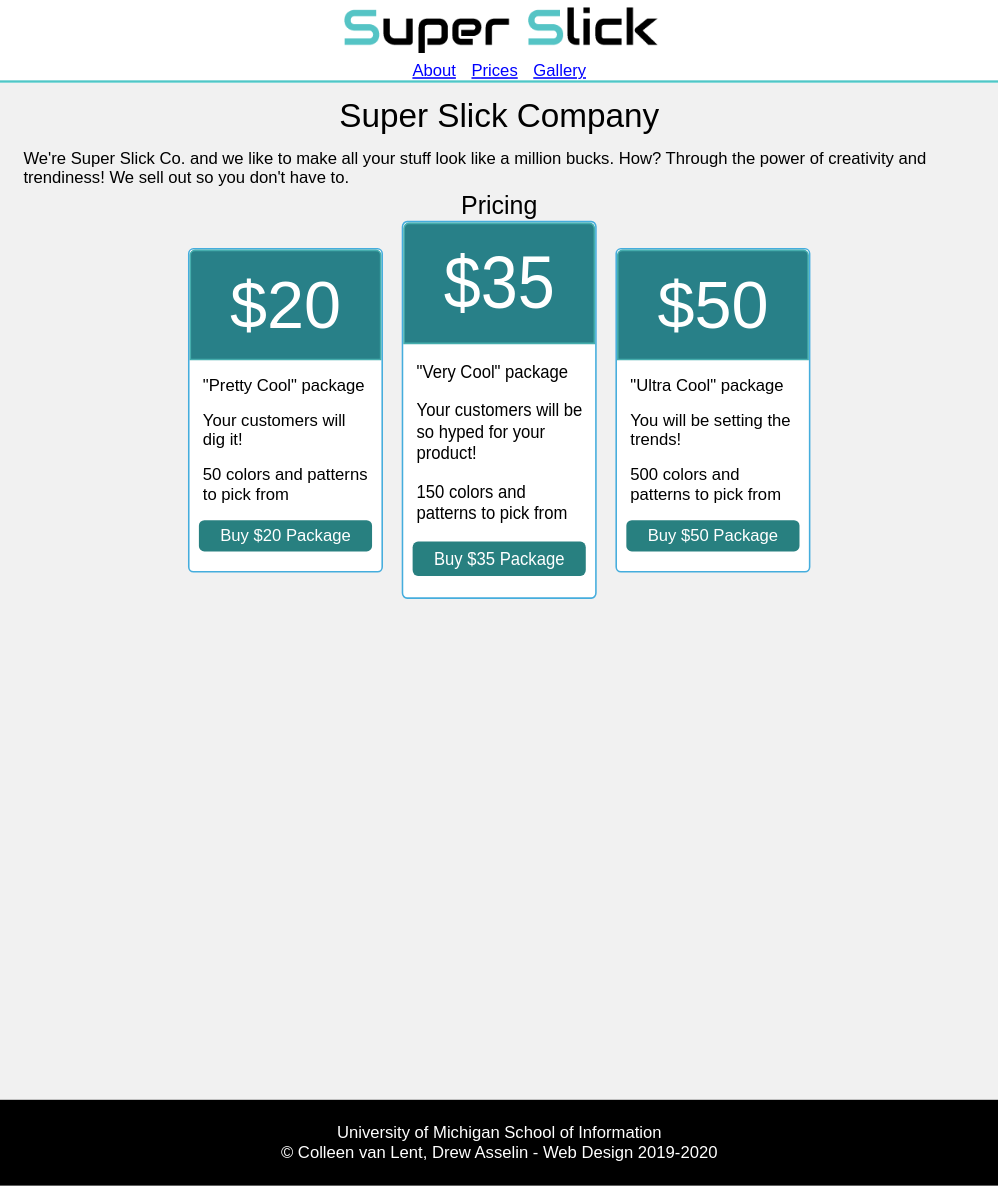
Repository: jiaqili0803/SI_539
Page: hw6-2021-main/homework.html
These files come from the project's save history. The page is drawn as it stood at one moment and after the next save; the edit follows.
The browser window is 1280 px wide. The pictures show the whole page, at 78% of full size.
Some web fonts or font styles are not loaded; a fallback is used.

Above is the page before, as saved 2021-10-29 13:45:15.

### hw6-2021-main/homework.html
<!DOCTYPE html>
<html lang="en">
  <head>
    <meta charset="utf-8">
    <meta name="viewport" content="width=device-width, initial-scale=1.0">
    <link rel="stylesheet" type="text/css" href="css/html5reset.css">
    <link rel="stylesheet" type="text/css" href="css/starter.css">
    <link rel="stylesheet" type="text/css" href="css/style.css">
    <link href='https://fonts.googleapis.com/css?family=Alegreya Sans SC' rel='stylesheet'>
    <link rel="shortcut icon" href="images/logo_icon.png" type="image/png">

   <title>Super Slick Company</title>
  </head>
  <body>
    <a class = "skip" href='#about'>Skip to Main Content</a>
    <header>
      <img src="images/logo.png" alt="" id = "logo">
      <nav>
        <ul class="nav_links">
          <li class="nav_item"><a href="#about">About</a></li>
          <li class="nav_item"><a href="#pricing">Prices</a></li>
          <li class="nav_item"><a href="#gallery">Gallery</a></li>
        </ul>
      </nav>
    </header>
  <main class="about" id="skip">
    <h1>Super Slick Company</h1>

    <p>We're Super Slick Co. and we like to make all your stuff look like a million bucks. How? Through the power of creativity and trendiness! We sell out so you don't have to.</p>

    <h2 id = "pricing">Pricing</h2>
      <div class="pricing">
        <div class="card">
          <header><h3>$20</h3></header>
          <ul>
            <li>"Pretty Cool" package</li>
            <li>Your customers will dig it!</li>
            <li>50 colors and patterns to pick from</li>
          </ul>
          <button>Buy $20 Package</button>
        </div>
        <div class="card card_big">
          <header><h3>$35</h3></header>
          <ul>
            <li>"Very Cool" package</li>
            <li>Your customers will be so hyped for your product!</li>
            <li>150 colors and patterns to pick from</li>
          </ul>
          <button>Buy $35 Package</button>
        </div>
        <div class="card">
          <header><h3>$50</h3></header>
          <ul>
            <li>"Ultra Cool" package</li>
            <li>You will be setting the trends!</li>
            <li>500 colors and patterns to pick from</li>
          </ul>
          <button>Buy $50 Package</button>
        </div>
      </div>

      <h2 id = "gallery">Gallery</h2>
        <div class="gallery">
          <img id="image1" src="images/sample.jpg" alt="" />
          <img id="image2" src="images/sample.jpg" alt="" />
          <img id="image3" src="images/sample.jpg" alt="" />
          <img id="image4" src="images/sample.jpg" alt="" />
          <img id="image5" src="images/sample.jpg" alt="" />
        </div>
    </main>

    <footer>
      <p>University of Michigan School of Information <br/>
        &copy; Colleen van Lent, Drew Asselin - Web Design 2019-2020</p>
    </footer>
  </body>
</html>

### hw6-2021-main/css/html5reset.css
/*
    HTML5 Reset :: style.css
    ----------------------------------------------------------
    We have learned much from/been inspired by/taken code where offered from:
    Eric Meyer                  :: http://meyerweb.com
    HTML5 Doctor                :: http://html5doctor.com
    and the HTML5 Boilerplate   :: http://html5boilerplate.com
-------------------------------------------------------------------------------*/

/* Let's default this puppy out
-------------------------------------------------------------------------------*/

html, body, body div, span, object, iframe, h1, h2, h3, h4, h5, h6, p, blockquote, pre, abbr, address, cite, code, del, dfn, em, img, ins, kbd, q, samp, small, strong, sub, sup, var, b, i, dl, dt, dd, ol, ul, li, fieldset, form, label, legend, table, caption, tbody, tfoot, thead, tr, th, td, article, aside, figure, footer, header, menu, nav, section, time, mark, audio, video, details, summary {
    margin: 0;
    padding: 0;
    border: 0;
    font-size: 100%;
    font-weight: normal;
    vertical-align: baseline;
    background: transparent;
}

main, article, aside, figure, footer, header, nav, section, details, summary {display: block;}

/* Handle box-sizing while better addressing child elements:
   http://css-tricks.com/inheriting-box-sizing-probably-slightly-better-best-practice/ */
html {
    box-sizing: border-box;
}

*,
*:before,
*:after {
    box-sizing: inherit;
}

/* consider resetting the default cursor: https://gist.github.com/murtaugh/5247154 */

/* Responsive images and other embedded objects */
/* if you don't have full control over `img` tags (if you have to overcome attributes), consider adding height: auto */
img,
object,
embed {max-width: 100%;}

/*
   Note: keeping IMG here will cause problems if you're using foreground images as sprites.
    In fact, it *will* cause problems with Google Maps' controls at small size.
    If this is the case for you, try uncommenting the following:
#map img {
        max-width: none;
}
*/

/* force a vertical scrollbar to prevent a jumpy page */
html {overflow-y: scroll;}

/* we use a lot of ULs that aren't bulleted.
    you'll have to restore the bullets within content,
    which is fine because they're probably customized anyway */
ul {list-style: none;}

blockquote, q {quotes: none;}

blockquote:before,
blockquote:after,
q:before,
q:after {content: ''; content: none;}

a {margin: 0; padding: 0; font-size: 100%; vertical-align: baseline; background: transparent;}

del {text-decoration: line-through;}

abbr[title], dfn[title] {border-bottom: 1px dotted #000; cursor: help;}

/* tables still need cellspacing="0" in the markup */
table {border-collapse: separate; border-spacing: 0;}
th {font-weight: bold; vertical-align: bottom;}
td {font-weight: normal; vertical-align: top;}

hr {display: block; height: 1px; border: 0; border-top: 1px solid #ccc; margin: 1em 0; padding: 0;}

input, select {vertical-align: middle;}

pre {
    white-space: pre; /* CSS2 */
    white-space: pre-wrap; /* CSS 2.1 */
    white-space: pre-line; /* CSS 3 (and 2.1 as well, actually) */
    word-wrap: break-word; /* IE */
}

input[type="radio"] {vertical-align: text-bottom;}
input[type="checkbox"] {vertical-align: bottom;}
.ie7 input[type="checkbox"] {vertical-align: baseline;}
.ie6 input {vertical-align: text-bottom;}

select, input, textarea {font: 99% sans-serif;}

table {font-size: inherit; font: 100%;}

small {font-size: 85%;}

strong {font-weight: bold;}

td, td img {vertical-align: top;}

/* Make sure sup and sub don't mess with your line-heights http://gist.github.com/413930 */
sub, sup {font-size: 75%; line-height: 0; position: relative;}
sup {top: -0.5em;}
sub {bottom: -0.25em;}

/* standardize any monospaced elements */
pre, code, kbd, samp {font-family: monospace, sans-serif;}

/* hand cursor on clickable elements */
.clickable,
label,
input[type=button],
input[type=submit],
input[type=file],
button {cursor: pointer;}

/* Webkit browsers add a 2px margin outside the chrome of form elements */
button, input, select, textarea {margin: 0;}

/* make buttons play nice in IE */
button,
input[type=button] {width: auto; overflow: visible;}

/* scale images in IE7 more attractively */
.ie7 img {-ms-interpolation-mode: bicubic;}

/* prevent BG image flicker upon hover
   (commented out as usage is rare, and the filter syntax messes with some pre-processors)
.ie6 html {filter: expression(document.execCommand("BackgroundImageCache", false, true));}
*/

/* let's clear some floats */
.clearfix:after { content: " "; display: block; clear: both; }

### hw6-2021-main/css/starter.css
body{
    margin: 0;
    padding: 0;
    font-size: 16pt; /* test for this! Make all sizes em or rem */
  }

  header{
    background: #fff;
    border-bottom: 3px solid #50C7C7;
  }

  h1{
    font-size: 2em;
    text-align: center;
    line-height: 2;
  }

  h2{
    font-size: 1.5em;
    text-align: center;
    padding: 5px;
  }

  p {
    padding: 0 30px;
  }

  a.skip{
    background: white;
    left: 0;
    padding: 6px;
    position: absolute;
    top: -40px;
    -webkit-transition: top 1s ease-out;
    transition: top 1s ease-out;
    z-index: 1;
  }

  a.skip:focus{
    top:20px;
    color: black;
    text-decoration-style: solid;
  }

  *:focus{
    border: 2px solid black;
  }


  .nav_item a{
    padding: 10px;
  }

  .nav_item a:hover, a:focus{
    color: #50C7C7;
    text-decoration: underline;
    -webkit-text-decoration-style: dotted;
            text-decoration-style: dotted;
  }

  .pricing{
    min-height: 475px;
  }

  .card {
    margin: 12px;
    background: #fff;
    border-radius: 7px;
    padding: 0 0 25px 0;

  }

  .card > ul{
    list-style: none;
    padding-left: 5px;
  }

  .card > ul li {
    width: 90%;
    margin: 20px auto;

  }

.card button{
    width: 90%;
    height: 40px;
    border: 0;
    margin-left: 5%;
    border-radius: 7px;
    background: #288080;
    color: white;
    font-size: 1em;
  }

  .card h3{
    font-size: 4em;
    color: white;
    text-align: center;
  }

  .card_big{
    -webkit-transform: initial;
            transform: initial;
  }

  .gallery{
    min-height: 600px;
  }

  footer{
    background-color: black;
    color: white;
    padding: 30px;
    text-align: center;
  }

  @media screen and (min-width: 850px){
    .card_big{
        -webkit-transform: scaleY(1.1);
        transform: scaleY(1.1);
        z-index: -99;
  }
}

### hw6-2021-main/css/style.css
body{
    font-family: 'Alegreya Sans SC', Sans-Serif;
    background-image: url("../images/concrete_seamless.png");
    background-color: #f1f1f1;

  }

header{
    display: flex;
    flex-direction: column;
    justify-content: center;
    align-items: center;

}

a:link, a:visited {
    color: blue;
}


.nav_links{
    display: flex;
    flex-direction: column;

}

#pricing{
    display: flex;
    flex-direction: column;
    justify-content: center;
    align-items: center;



}

.pricing{
    display: flex;
    /* flex-direction: column; */
    justify-content: center;
    align-items: center;
    flex-wrap: wrap;




}

.card{
    flex-basis: 450px;
}



.card header{
    background-color: #288088;
    border: 2px solid #45ADAD;
    padding-top: 20px;
    padding-bottom: 20px;
    border-top-left-radius: 7px;
    border-top-right-radius: 7px;

}

.gallery img{
    border: 10px solid #50C7C7;
    margin: 10px;
    width: 300px;


}

.gallery{
    display: flex;
    /* flex-direction: column; */
    justify-content: center;
    align-items: center;
    align-content: center;
    flex-wrap: wrap;

}

#logo{
    animation-name: slidein;
    animation-duration: 5s;
    animation-iteration-count: 1;

}


@keyframes slidein {
from {

    width: 50px;
    opacity: 0;
}

to {

    width: 425px;
    opacity: 1;
}
}


@media screen and (min-width: 850px){
    body > header{
        display: flex;
        flex-direction: row;
        justify-content: space-between;


        /* justify-content: flex-start; */
        /* flex-wrap: wrap; */


        position: sticky;
        width: 100%;
        top:0;


    }


    .nav_links{
        flex-direction: row;

    }

    .card{
        flex-basis: 250px;

    }

}

@media screen and (prefers-reduced-motion: reduce){
    #logo {
      animation: none;
    }
}


@media screen and (min-width: 1001px){
    body{
        background-image: none;

    }

    body > header{
        display: flex;
        flex-direction: column;
        /* align-content: space-between; */
    }

    .nav_links{
        display: flex;
        flex-direction: row;
        justify-content: space-between;
        /* flex-wrap: wrap; */

        /* justify-content: left; */





    }

    .pricing{
        margin-bottom: 0;
        display: flex;
    }

    .card{
        border: 2px solid #45ADDD;
        flex-basis: 250px;
    }

    .gallery{
        visibility: hidden;
    }

    #gallery{
        visibility: hidden;
    }

    h2 li::before {
        content: "👍";
      }


    }



/* @media print{
    body{
        background-image: none;

    }

    .nav_links{
        display: flex;
        flex-direction: row;

        justify-content: space-around;


    }

} */

After the next save:
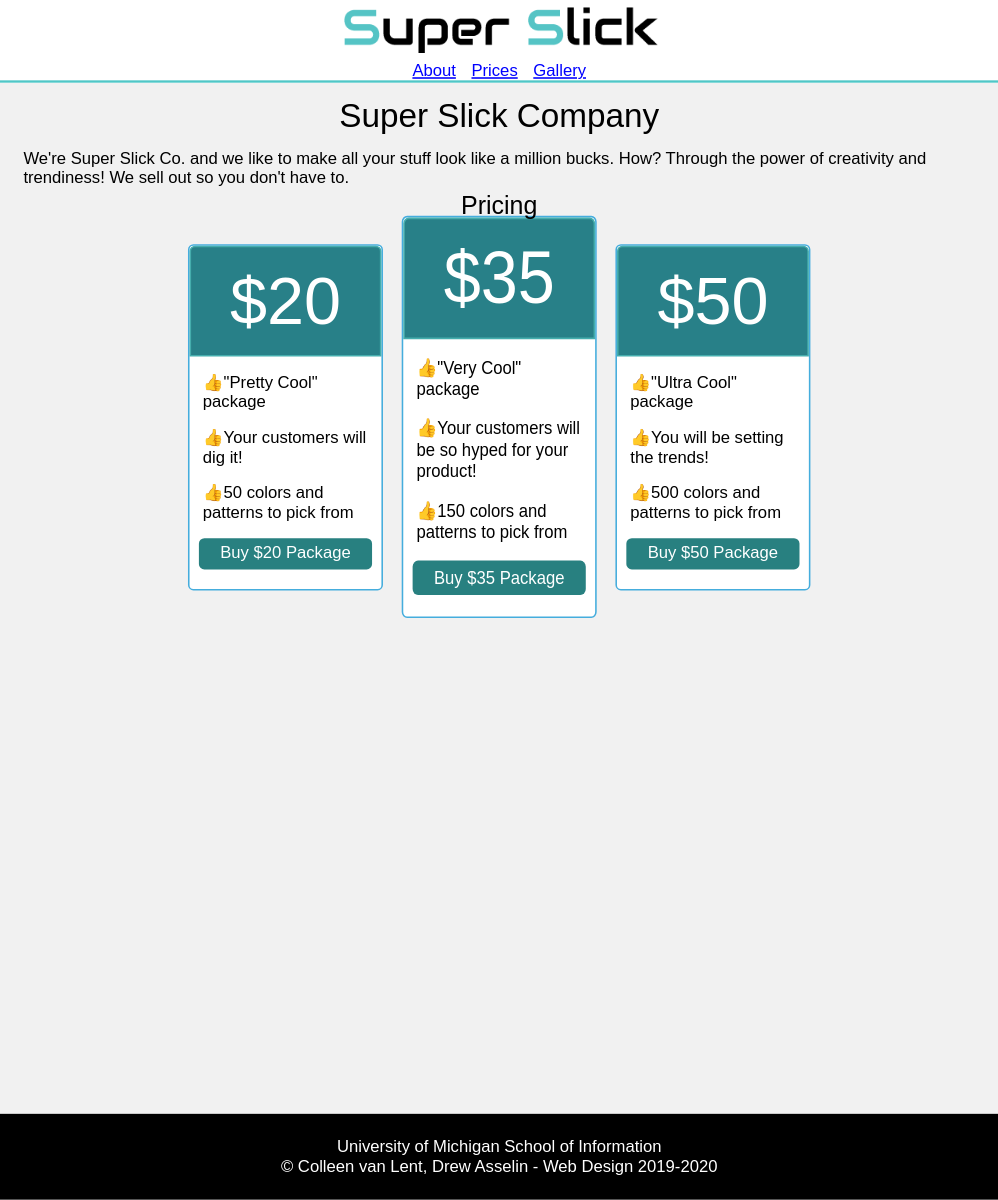
Saved 9 s later.
--- a/hw6-2021-main/css/style.css
+++ b/hw6-2021-main/css/style.css
@@ -185,7 +185,7 @@ to {
         visibility: hidden;
     }
 
-    h2 li::before {
+    main li::before {
         content: "👍";
       }
 
